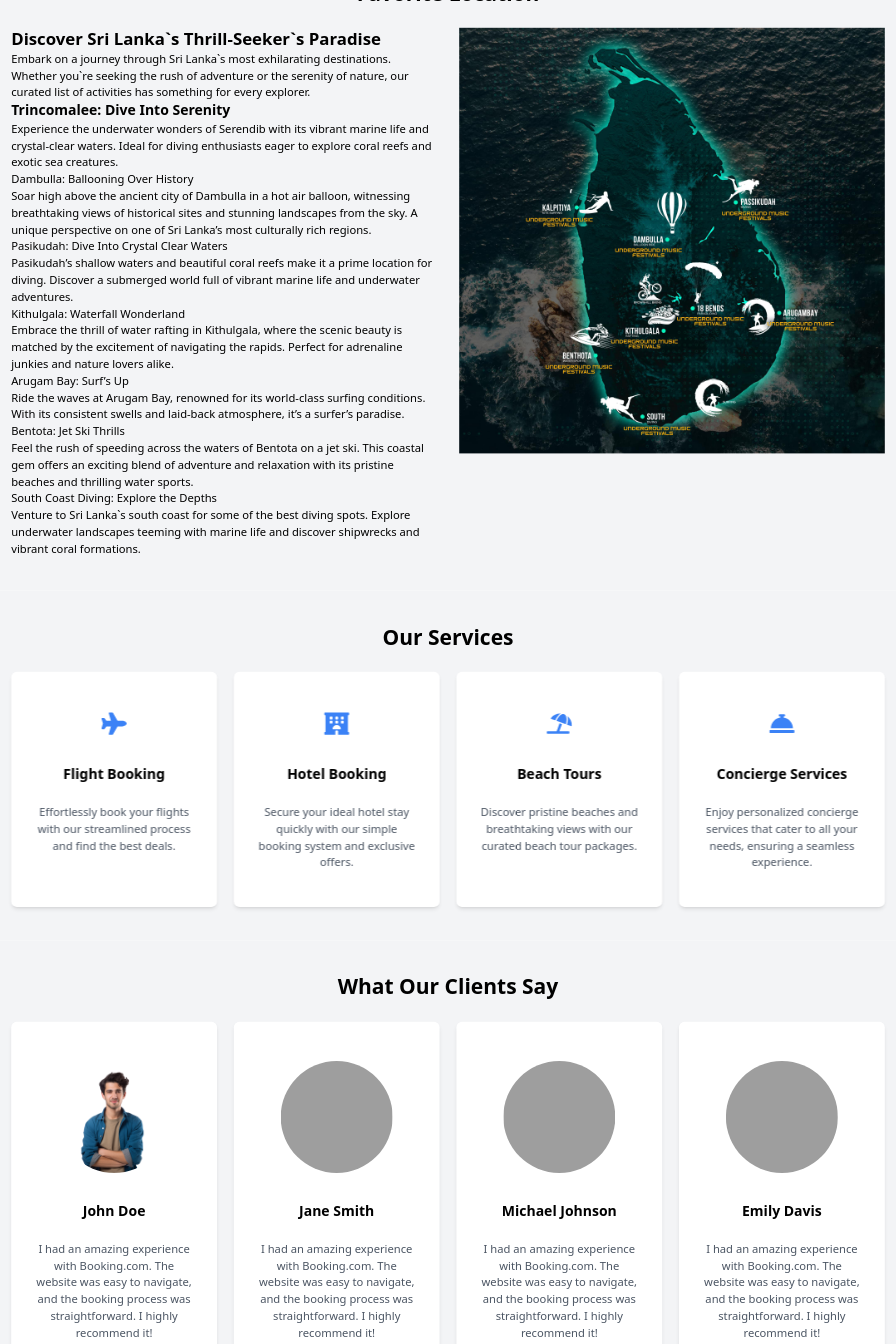
Repository: thisara199/Travel-Agency-Website
Page: /
An editor plug-in stored every save of this project. The page is shown before and after the next save, followed by the edit.
The browser window is 1280 px wide. The pictures show the part of the page from y = 1244 to 3164 px (the page is 3280 px tall before and 3304 px after), at 70% of full size.
Pictures or frames that could not be fetched are drawn as grey boxes. The project was rebuilt for these pictures with package versions that can differ from the ones it lists, and the page was loaded fresh each time. Also part of the build but not shown: vite.config.js.

Above is the page before, as saved 2024-09-04 07:09:16.

After the next save:
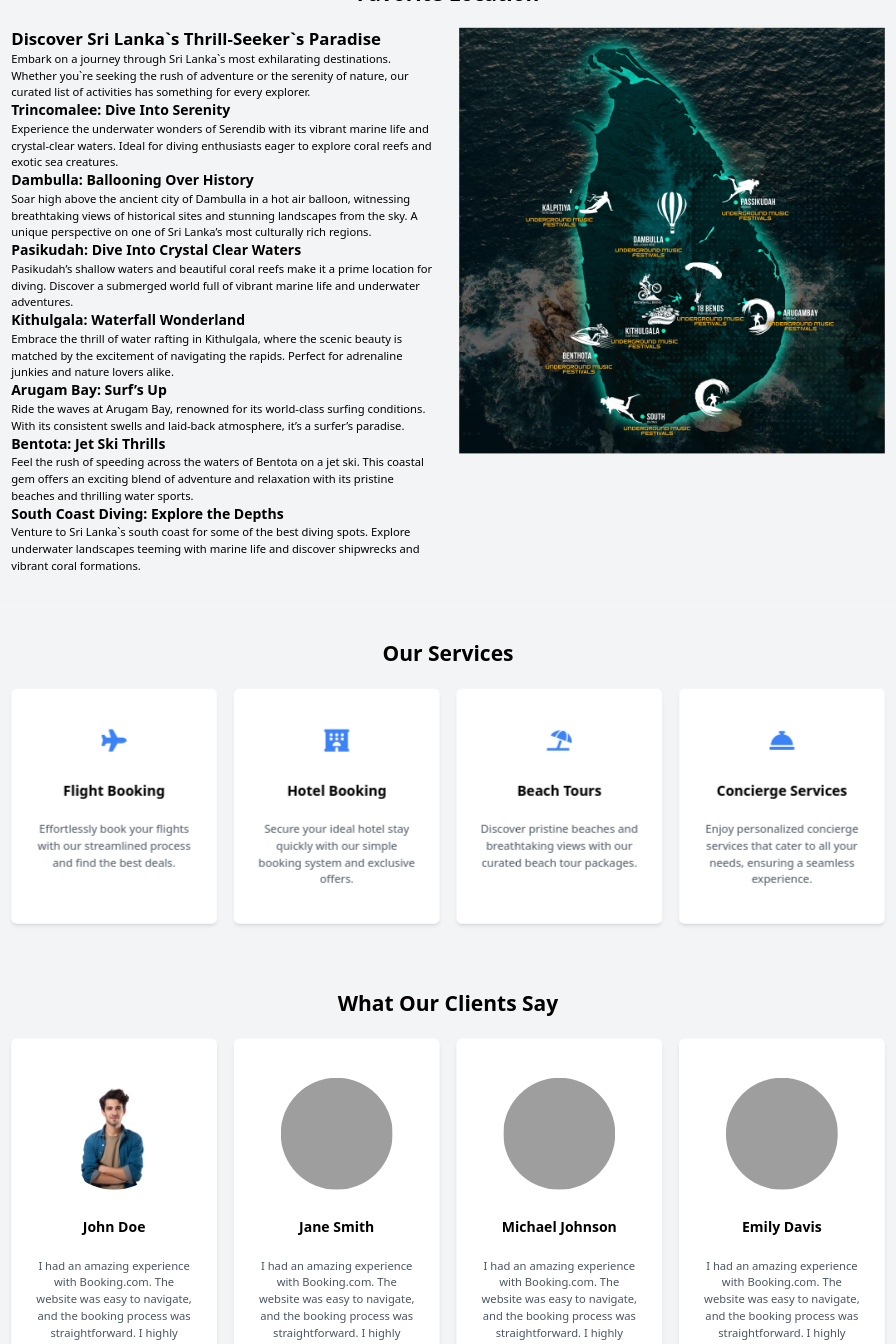
Saved 19 s later.
--- a/src/components/Banner/Banner.jsx
+++ b/src/components/Banner/Banner.jsx
@@ -11,17 +11,17 @@ const Banner1 = () => {
             <p>Embark on a journey through Sri Lanka`s most exhilarating destinations. Whether you`re seeking the rush of adventure or the serenity of nature, our curated list of activities has something for every explorer.</p>
             <h2 className='text-xl font-semibold'>Trincomalee: Dive Into Serenity</h2>
             <p>Experience the underwater wonders of Serendib with its vibrant marine life and crystal-clear waters. Ideal for diving enthusiasts eager to explore coral reefs and exotic sea creatures.</p>
-            <h2>Dambulla: Ballooning Over History</h2>
+            <h2 className='text-xl font-semibold'>Dambulla: Ballooning Over History</h2>
             <p>Soar high above the ancient city of Dambulla in a hot air balloon, witnessing breathtaking views of historical sites and stunning landscapes from the sky. A unique perspective on one of Sri Lanka’s most culturally rich regions.</p>
-            <h2>Pasikudah: Dive Into Crystal Clear Waters</h2>
+            <h2 className='text-xl font-semibold'>Pasikudah: Dive Into Crystal Clear Waters</h2>
             <p>Pasikudah’s shallow waters and beautiful coral reefs make it a prime location for diving. Discover a submerged world full of vibrant marine life and underwater adventures.</p>
-            <h2>Kithulgala: Waterfall Wonderland</h2>
+            <h2 className='text-xl font-semibold'>Kithulgala: Waterfall Wonderland</h2>
             <p>Embrace the thrill of water rafting in Kithulgala, where the scenic beauty is matched by the excitement of navigating the rapids. Perfect for adrenaline junkies and nature lovers alike.</p>
-            <h2>Arugam Bay: Surf’s Up</h2>
+            <h2 className='text-xl font-semibold'>Arugam Bay: Surf’s Up</h2>
             <p>Ride the waves at Arugam Bay, renowned for its world-class surfing conditions. With its consistent swells and laid-back atmosphere, it’s a surfer’s paradise.</p>
-            <h2>Bentota: Jet Ski Thrills</h2>
+            <h2 className='text-xl font-semibold'>Bentota: Jet Ski Thrills</h2>
             <p>Feel the rush of speeding across the waters of Bentota on a jet ski. This coastal gem offers an exciting blend of adventure and relaxation with its pristine beaches and thrilling water sports.</p>
-            <h2>South Coast Diving: Explore the Depths</h2>
+            <h2 className='text-xl font-semibold'>South Coast Diving: Explore the Depths</h2>
             <p>Venture to Sri Lanka`s south coast for some of the best diving spots. Explore underwater landscapes teeming with marine life and discover shipwrecks and vibrant coral formations.</p>
           </div>
           <div>
